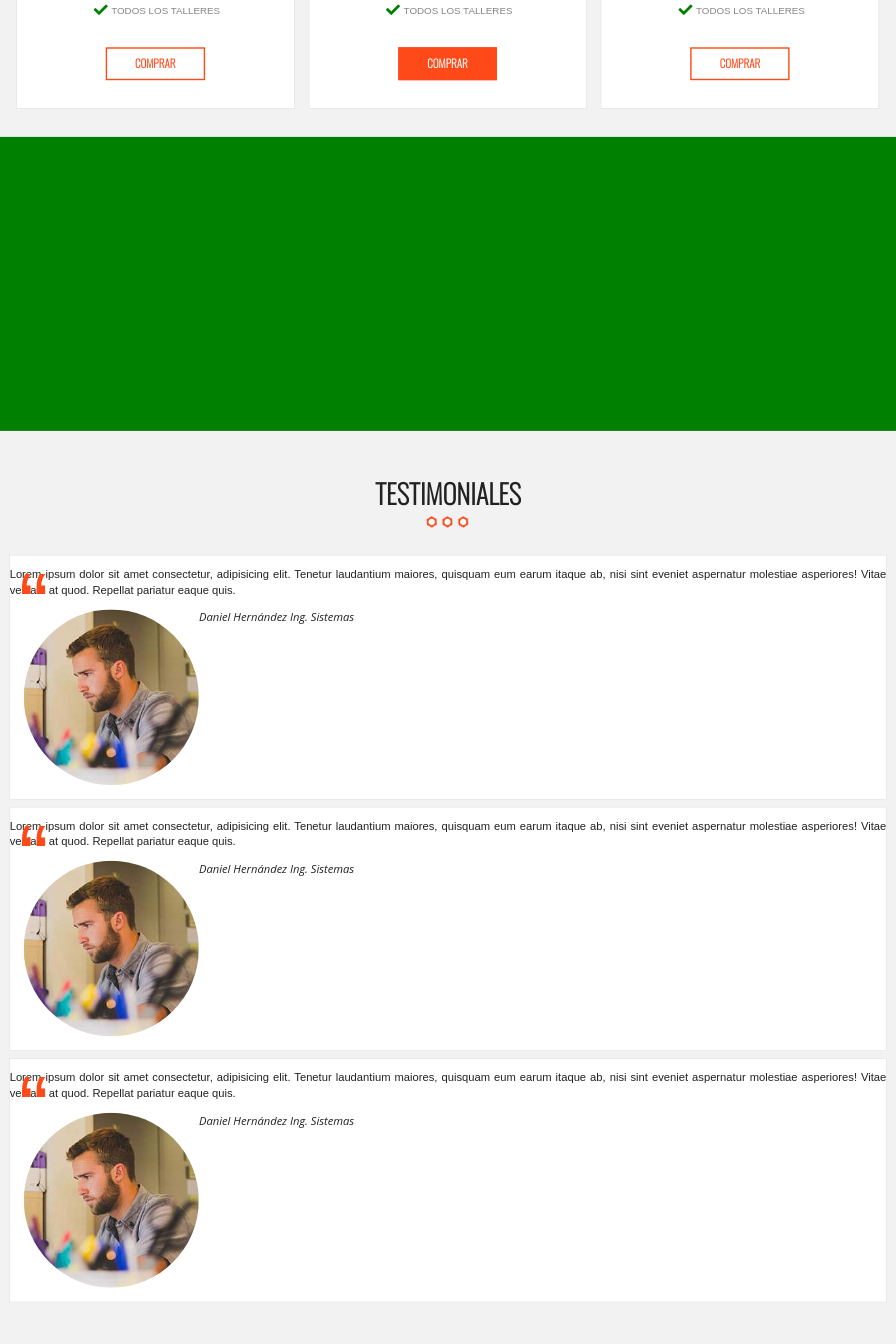
Repository: edgarhdzp/pagina-conferencias-reservaciones
Page: index.html
These files come from the project's save history. The page is drawn as it stood at one moment and after the next save; the edit follows.
The browser window is 1280 px wide. The pictures show the part of the page from y = 3842 to 5762 px (the page is 5762 px tall before and 4921 px after), at 70% of full size.

Above is the page before, as saved 2020-07-01 19:27:26.

After the next save:
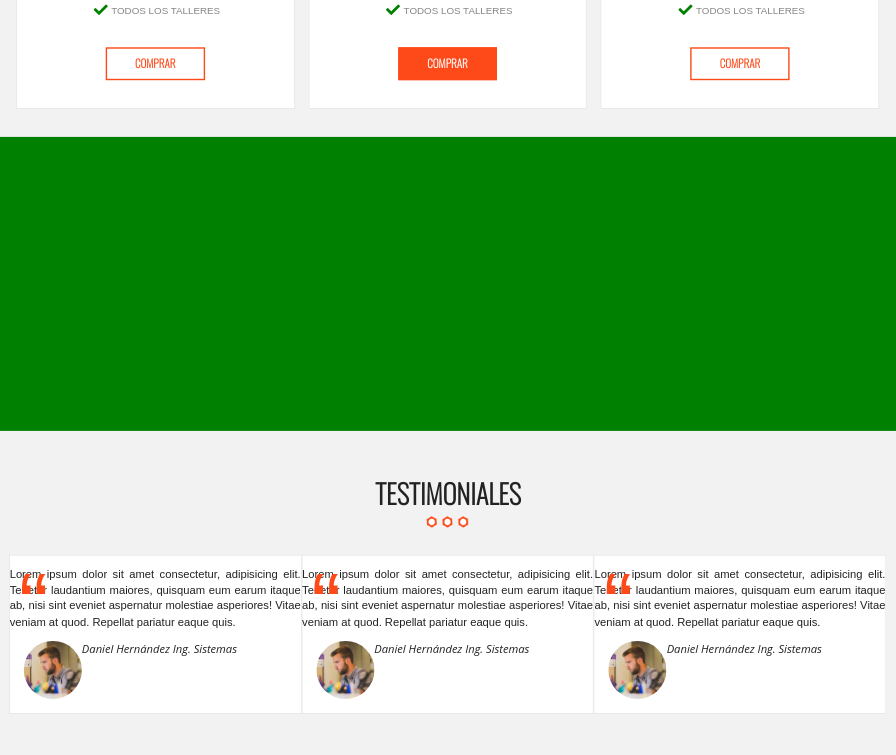
Saved 10 s later.
--- a/css/main.css
+++ b/css/main.css
@@ -650,7 +650,7 @@ div.testmonial {
 }
 
 @media only screen and (min-width:768px) {
-    ul.lista-precios>li {
+    div.testimonial {
         float: left;
         width: 33.3%;
     }
